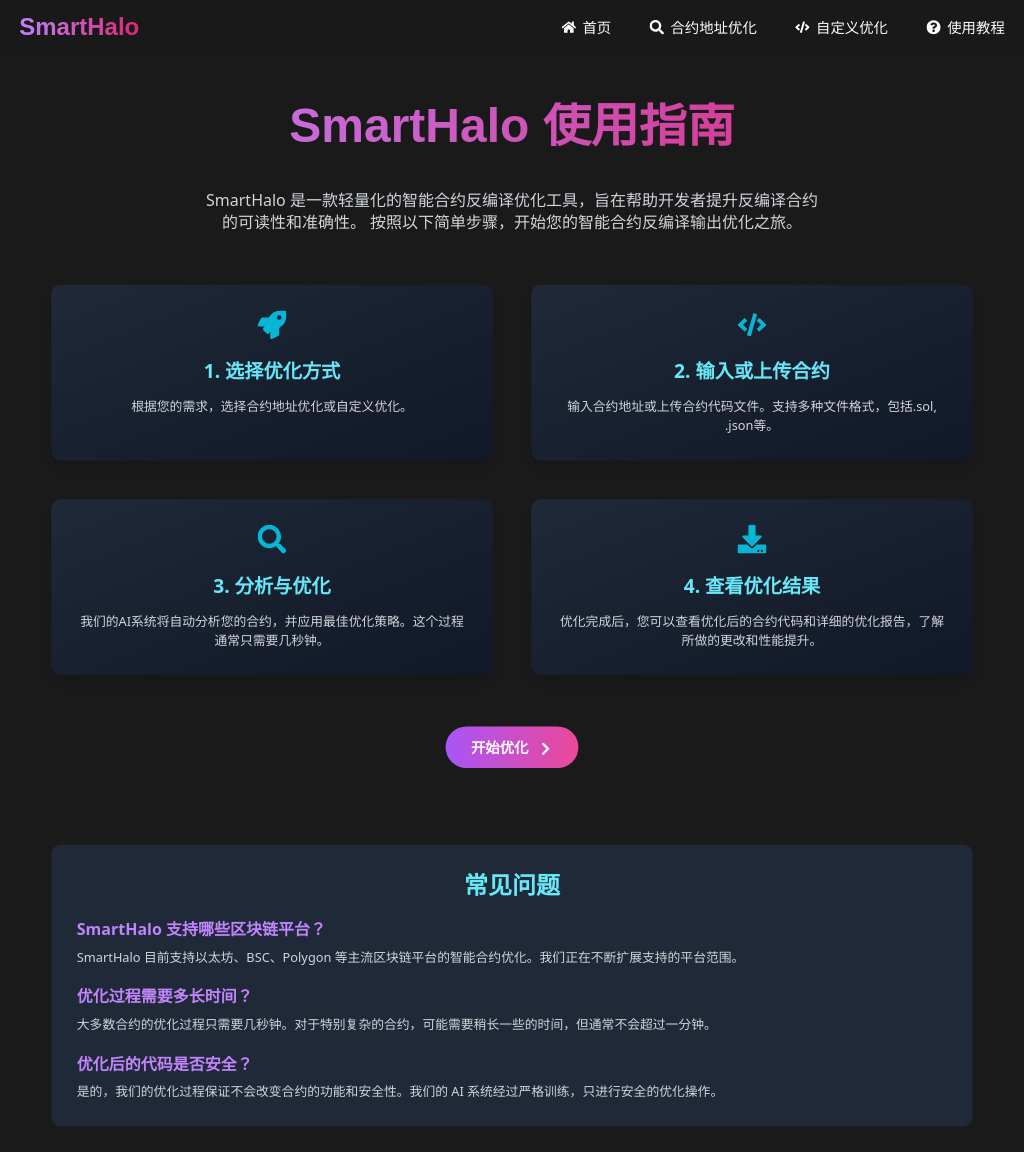
Repository: RunnerQuan/smart-halo
Page: /help
The author's editor kept a copy of each file at every save. The page is drawn from the files as they stood at one save, then again after the next save.
The browser window is 1280 px wide. The pictures show the whole page, at 80% of full size.
The project was rebuilt for these pictures with package versions that can differ from the ones it lists, and the page was loaded fresh each time. The framework's server and built-in components were replaced by stand-ins that run in the browser. Also part of the build but not shown: next.config.mjs.

Above is the page before, as saved 2024-10-18 15:42:13.

### app/help/page.tsx
"use client";

import React from 'react';
import { motion } from 'framer-motion';
import Navbar from '../../components/Navbar';
import { FaRocket, FaCode, FaSearch, FaDownload, FaChevronRight } from 'react-icons/fa';
import Link from 'next/link';

export default function Help() {
  const steps = [
    {
      title: "1. 选择优化方式",
      desc: "根据您的需求，选择合约地址优化或自定义优化。",
      icon: <FaRocket className="text-4xl mb-4 text-cyan-500" />
    },
    {
      title: "2. 输入或上传合约",
      desc: "输入合约地址或上传合约代码文件。支持多种文件格式，包括.sol, .json等。",
      icon: <FaCode className="text-4xl mb-4 text-cyan-500" />
    },
    {
      title: "3. 分析与优化",
      desc: "我们的AI系统将自动分析您的合约，并应用最佳优化策略。这个过程通常只需要几秒钟。",
      icon: <FaSearch className="text-4xl mb-4 text-cyan-500" />
    },
    {
      title: "4. 查看优化结果",
      desc: "优化完成后，您可以查看优化后的合约代码和详细的优化报告，了解所做的更改和性能提升。",
      icon: <FaDownload className="text-4xl mb-4 text-cyan-500" />
    }
  ];

  return (
    <main className="flex min-h-screen flex-col items-center justify-start p-8 bg-[#1A1A1A] text-white font-sans">
      <Navbar />

      <motion.div
        className="mt-24 w-full max-w-6xl mx-auto"
        initial={{ opacity: 0, y: 20 }}
        animate={{ opacity: 1, y: 0 }}
        transition={{ duration: 0.5 }}
      >
        <motion.h1
          className="text-6xl font-bold mb-12 text-center text-transparent bg-clip-text bg-gradient-to-r from-purple-400 to-pink-600 font-tech"
          initial={{ opacity: 0, scale: 0.9 }}
          animate={{ opacity: 1, scale: 1 }}
          transition={{ duration: 0.5, delay: 0.2 }}
        >
          SmartHalo 使用指南
        </motion.h1>

        <motion.p
          className="text-xl mb-16 text-center max-w-3xl mx-auto text-gray-300"
          initial={{ opacity: 0, y: 20 }}
          animate={{ opacity: 1, y: 0 }}
          transition={{ duration: 0.5, delay: 0.4 }}
        >
          SmartHalo 是一款轻量化的智能合约反编译优化工具，旨在帮助开发者提升反编译合约的可读性和准确性。
          按照以下简单步骤，开始您的智能合约反编译输出优化之旅。
        </motion.p>

        <div className="grid grid-cols-1 md:grid-cols-2 gap-12">
          {steps.map((step, index) => (
            <motion.div
              key={index}
              className="bg-gradient-to-br from-gray-800 to-gray-900 p-8 rounded-xl shadow-lg"
              initial={{ opacity: 0, y: 50, rotateX: -15 }}
              animate={{ opacity: 1, y: 0, rotateX: 0 }}
              transition={{
                duration: 0.8,
                delay: 0.1 * index,
                type: "spring",
                stiffness: 100
              }}
              whileHover={{ scale: 1.05, transition: { duration: 0.2 } }}
            >
              <div className="flex flex-col items-center mb-4">
                {step.icon}
                <h3 className="text-2xl font-semibold mt-2 text-cyan-300 text-center">{step.title}</h3>
              </div>
              <p className="text-gray-300 text-center">{step.desc}</p>
            </motion.div>
          ))}
        </div>

        <motion.div
          className="mt-16 text-center"
          initial={{ opacity: 0, y: 20 }}
          animate={{ opacity: 1, y: 0 }}
          transition={{ duration: 0.5, delay: 0.8 }}
        >
          <Link href="/custom-optimization" passHref>
            <button className="bg-gradient-to-r from-purple-500 to-pink-500 text-white px-8 py-3 rounded-full text-lg font-semibold hover:from-purple-600 hover:to-pink-600 transition-all duration-300">
              开始优化 <FaChevronRight className="inline-block ml-2" />
            </button>
          </Link>
        </motion.div>

        <motion.div
          className="mt-24 bg-gray-800 p-8 rounded-xl"
          initial={{ opacity: 0, y: 20 }}
          animate={{ opacity: 1, y: 0 }}
          transition={{ duration: 0.5, delay: 1 }}
        >
          <h2 className="text-3xl font-bold mb-6 text-center text-cyan-300">常见问题</h2>
          <div className="space-y-6">
            <div>
              <h3 className="text-xl font-semibold mb-2 text-purple-400">SmartHalo 支持哪些区块链平台？</h3>
              <p className="text-gray-300">SmartHalo 目前支持以太坊、BSC、Polygon 等主流区块链平台的智能合约优化。我们正在不断扩展支持的平台范围。</p>
            </div>
            <div>
              <h3 className="text-xl font-semibold mb-2 text-purple-400">优化过程需要多长时间？</h3>
              <p className="text-gray-300">大多数合约的优化过程只需要几秒钟。对于特别复杂的合约，可能需要稍长一些的时间，但通常不会超过一分钟。</p>
            </div>
            <div>
              <h3 className="text-xl font-semibold mb-2 text-purple-400">优化后的代码是否安全？</h3>
              <p className="text-gray-300">是的，我们的优化过程保证不会改变合约的功能和安全性。我们的 AI 系统经过严格训练，只进行安全的优化操作。</p>
            </div>
          </div>
        </motion.div>
      </motion.div>
    </main>
  );
}

### app/globals.css
@import url('https://fonts.googleapis.com/css2?family=Roboto:wght@300;400;500;700&display=swap');

@tailwind base;
@tailwind components;
@tailwind utilities;

:root {
  --foreground-rgb: 255, 255, 255;
  --background-start-rgb: 42, 42, 42;
  --background-end-rgb: 42, 42, 42;
}

body {
  color: rgb(var(--foreground-rgb));
  background: linear-gradient(
      to bottom,
      transparent,
      rgb(var(--background-end-rgb))
    )
    rgb(var(--background-start-rgb));
  font-family: 'Roboto', sans-serif;
}

### components/Navbar.tsx
import Link from "next/link";
import { FaHome, FaCode, FaSearch, FaQuestionCircle } from 'react-icons/fa';

const navItems = [
  { name: '首页', href: '/', icon: <FaHome className="mr-2" /> },
  { name: '合约地址优化', href: '/contract-optimization', icon: <FaSearch className="mr-2" /> },
  { name: '自定义优化', href: '/custom-optimization', icon: <FaCode className="mr-2" /> },
  { name: '使用教程', href: '/help', icon: <FaQuestionCircle className="mr-2" /> },
];

export default function Navbar() {
  return (
    <nav className="fixed top-0 left-0 right-0 z-10 bg-[#1A1A1A] bg-opacity-80 backdrop-filter backdrop-blur-lg">
      <div className="container mx-auto px-6 py-4 flex justify-between items-center">
        <Link href="/" className="flex items-center">
          <span className="text-3xl font-bold bg-clip-text text-transparent bg-gradient-to-r from-purple-400 to-pink-600 font-tech">
            SmartHalo
          </span>
        </Link>
        <div className="hidden md:flex items-center space-x-12 text-lg">
          {navItems.map((item) => (
            <Link key={item.name} href={item.href} className="flex items-center">
              <span className="flex items-center">
                {item.icon}
                {item.name}
              </span>
            </Link>
          ))}
        </div>
      </div>
    </nav>
  );
}

### tailwind.config.js
module.exports = {
    darkMode: ['class'],
    content: [
    './pages/**/*.{js,ts,jsx,tsx,mdx}',
    './components/**/*.{js,ts,jsx,tsx,mdx}',
    './app/**/*.{js,ts,jsx,tsx,mdx}',
  ],
  theme: {
  	extend: {
  		fontFamily: {
  			harmonyos: ['HarmonyOS Sans', 'sans-serif'],
  			song: ['Noto Serif SC', 'serif'],
  			'noto-sans': ['Noto Sans SC', 'sans-serif'],
  			'tech': ['Orbitron', 'sans-serif']
  		},
  		backgroundImage: {
  			'gradient-radial': 'radial-gradient(var(--tw-gradient-stops))',
  			'gradient-conic': 'conic-gradient(from 180deg at 50% 50%, var(--tw-gradient-stops))'
  		},
  		borderRadius: {
  			lg: 'var(--radius)',
  			md: 'calc(var(--radius) - 2px)',
  			sm: 'calc(var(--radius) - 4px)'
  		},
  		colors: {
  			background: 'hsl(var(--background))',
  			foreground: 'hsl(var(--foreground))',
  			card: {
  				DEFAULT: 'hsl(var(--card))',
  				foreground: 'hsl(var(--card-foreground))'
  			},
  			popover: {
  				DEFAULT: 'hsl(var(--popover))',
  				foreground: 'hsl(var(--popover-foreground))'
  			},
  			primary: {
  				DEFAULT: 'hsl(var(--primary))',
  				foreground: 'hsl(var(--primary-foreground))'
  			},
  			secondary: {
  				DEFAULT: 'hsl(var(--secondary))',
  				foreground: 'hsl(var(--secondary-foreground))'
  			},
  			muted: {
  				DEFAULT: 'hsl(var(--muted))',
  				foreground: 'hsl(var(--muted-foreground))'
  			},
  			accent: {
  				DEFAULT: 'hsl(var(--accent))',
  				foreground: 'hsl(var(--accent-foreground))'
  			},
  			destructive: {
  				DEFAULT: 'hsl(var(--destructive))',
  				foreground: 'hsl(var(--destructive-foreground))'
  			},
  			border: 'hsl(var(--border))',
  			input: 'hsl(var(--input))',
  			ring: 'hsl(var(--ring))',
  			chart: {
  				'1': 'hsl(var(--chart-1))',
  				'2': 'hsl(var(--chart-2))',
  				'3': 'hsl(var(--chart-3))',
  				'4': 'hsl(var(--chart-4))',
  				'5': 'hsl(var(--chart-5))'
  			}
  		},
  		animation: {
  			pulse: 'pulse var(--duration) ease-out infinite'
  		},
  		keyframes: {
  			pulse: {
  				'0%, 100%': {
  					boxShadow: '0 0 0 0 var(--pulse-color)'
  				},
  				'50%': {
  					boxShadow: '0 0 0 8px var(--pulse-color)'
  				}
  			}
  		}
  	}
  },
  plugins: [require("tailwindcss-animate")],
}

Loaded but not shown: app/layout.tsx (common file)

After the next save:
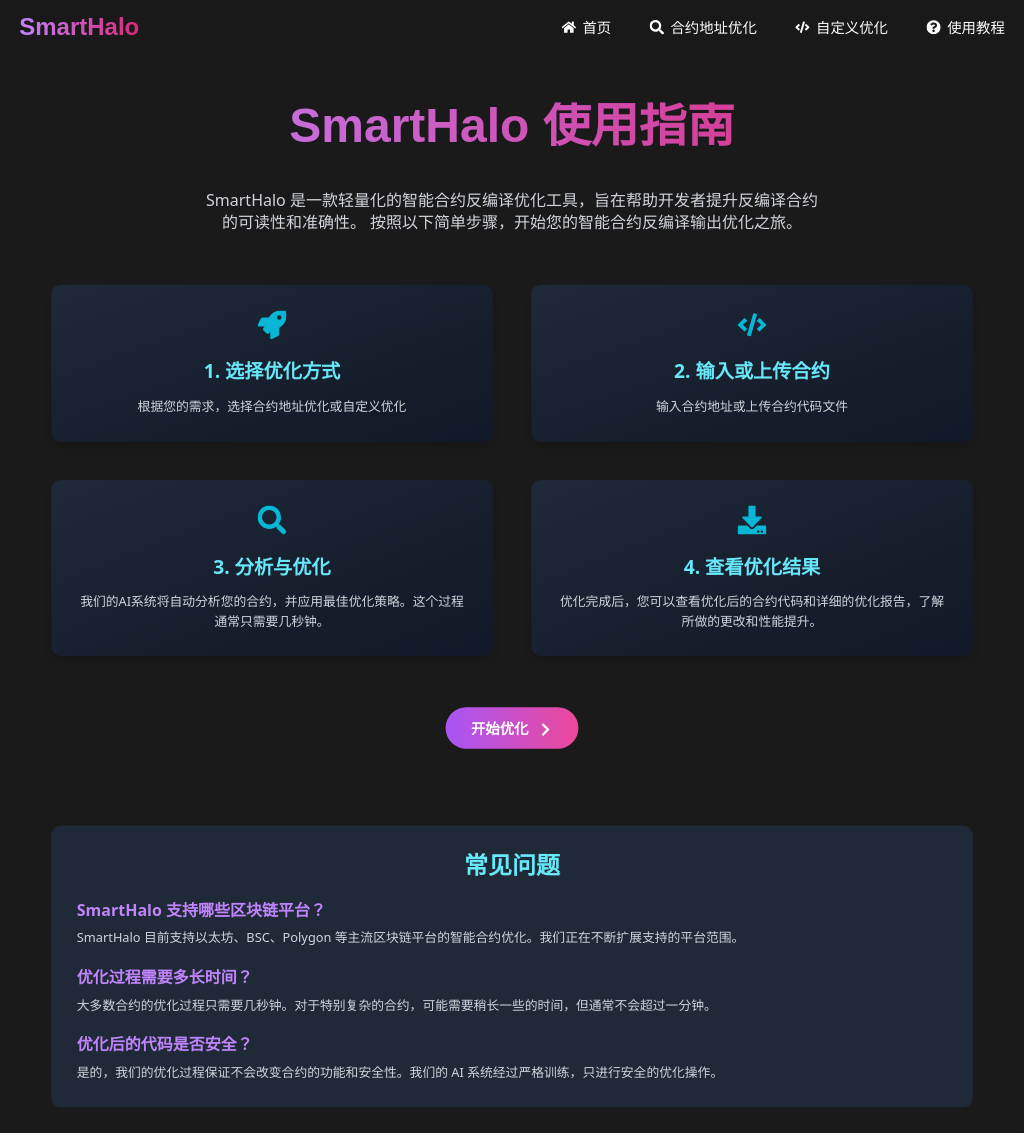
Saved 22 s later.
--- a/app/help/page.tsx
+++ b/app/help/page.tsx
@@ -10,12 +10,12 @@
   const steps = [
     {
       title: "1. 选择优化方式",
-      desc: "根据您的需求，选择合约地址优化或自定义优化。",
+      desc: "根据您的需求，选择合约地址优化或自定义优化",
       icon: <FaRocket className="text-4xl mb-4 text-cyan-500" />
     },
     {
       title: "2. 输入或上传合约",
-      desc: "输入合约地址或上传合约代码文件。支持多种文件格式，包括.sol, .json等。",
+      desc: "输入合约地址或上传合约代码文件",
       icon: <FaCode className="text-4xl mb-4 text-cyan-500" />
     },
     {
